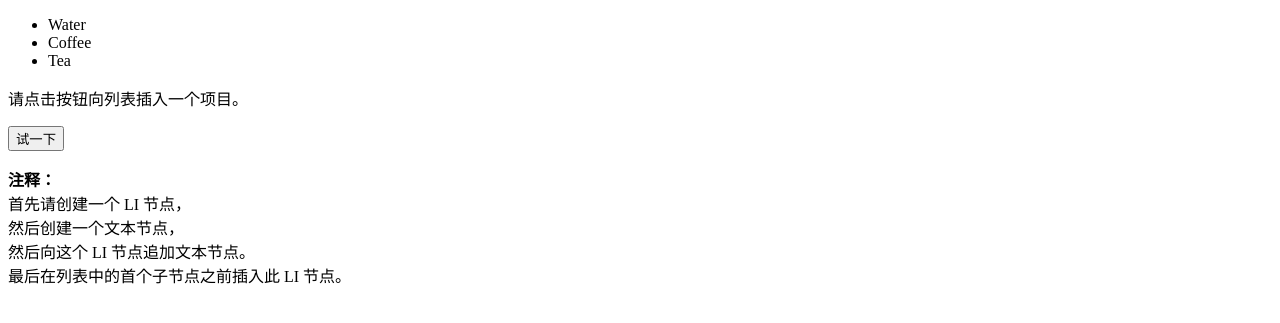
Repository: Jhin7782/HBuilder-Projects
Page: _src/frame/dom节点操作相关/1.新增节点1.html
An editor plug-in stored every save of this project. The page is shown before and after the next save, followed by the edit.
The browser window is 1280 px wide. The pictures show the whole page.
After loading, the first visible `button` was clicked once.

Above is the page before, as saved 2017-06-10 04:53:16.

### _src/frame/dom节点操作相关/1.新增节点1.html
<!DOCTYPE html>
<html>

	<head>
		<meta charset="utf-8" />
		<title></title>
	</head>

	<body>

		<ul id="myList">
			<li>Coffee</li>
			<li>Tea</li>
		</ul>

		<p id="demo">请点击按钮向列表插入一个项目。</p>

		<button onclick="myFunction()">试一下</button>

		<script>
			function myFunction() {
				var newItem = document.createElement("LI")
				var textnode = document.createTextNode("Water")
				newItem.appendChild(textnode)

				var list = document.getElementById("myList")
				list.insertBefore(newItem, list.childNodes[0]);
			}
		</script>

		<p><b>注释：</b><br>首先请创建一个 LI 节点，<br>然后创建一个文本节点，<br>然后向这个 LI 节点追加文本节点。<br>最后在列表中的首个子节点之前插入此 LI 节点。</p>

	</body>

</html>

After the next save:
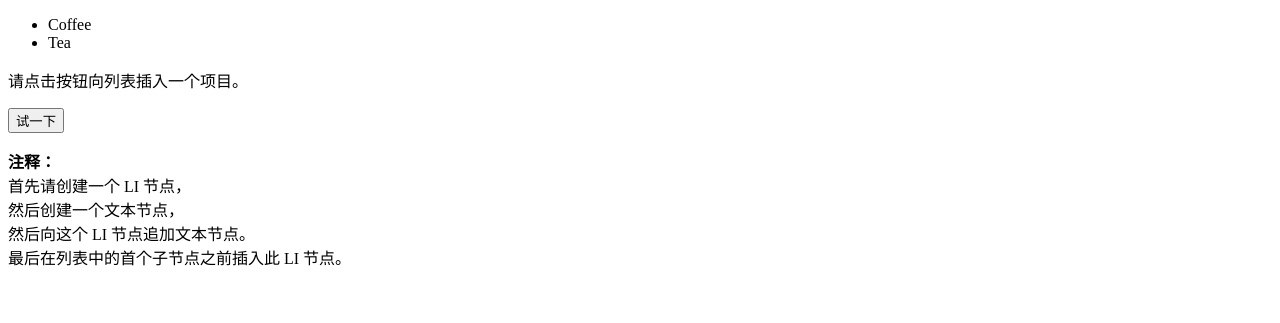
Console error: ReferenceError: textnode is not defined
Saved 58 s later.
--- a/_src/frame/dom节点操作相关/1.新增节点1.html
+++ b/_src/frame/dom节点操作相关/1.新增节点1.html
@@ -18,12 +18,12 @@
 		<button onclick="myFunction()">试一下</button>
 
 		<script>
+			var list = document.getElementById("myList")
 			function myFunction() {
-				var newItem = document.createElement("LI")
-				var textnode = document.createTextNode("Water")
+				var newItem = document.createElement("li")
+				var textNode = document.createTextNode("Water")
 				newItem.appendChild(textnode)
 
-				var list = document.getElementById("myList")
 				list.insertBefore(newItem, list.childNodes[0]);
 			}
 		</script>
